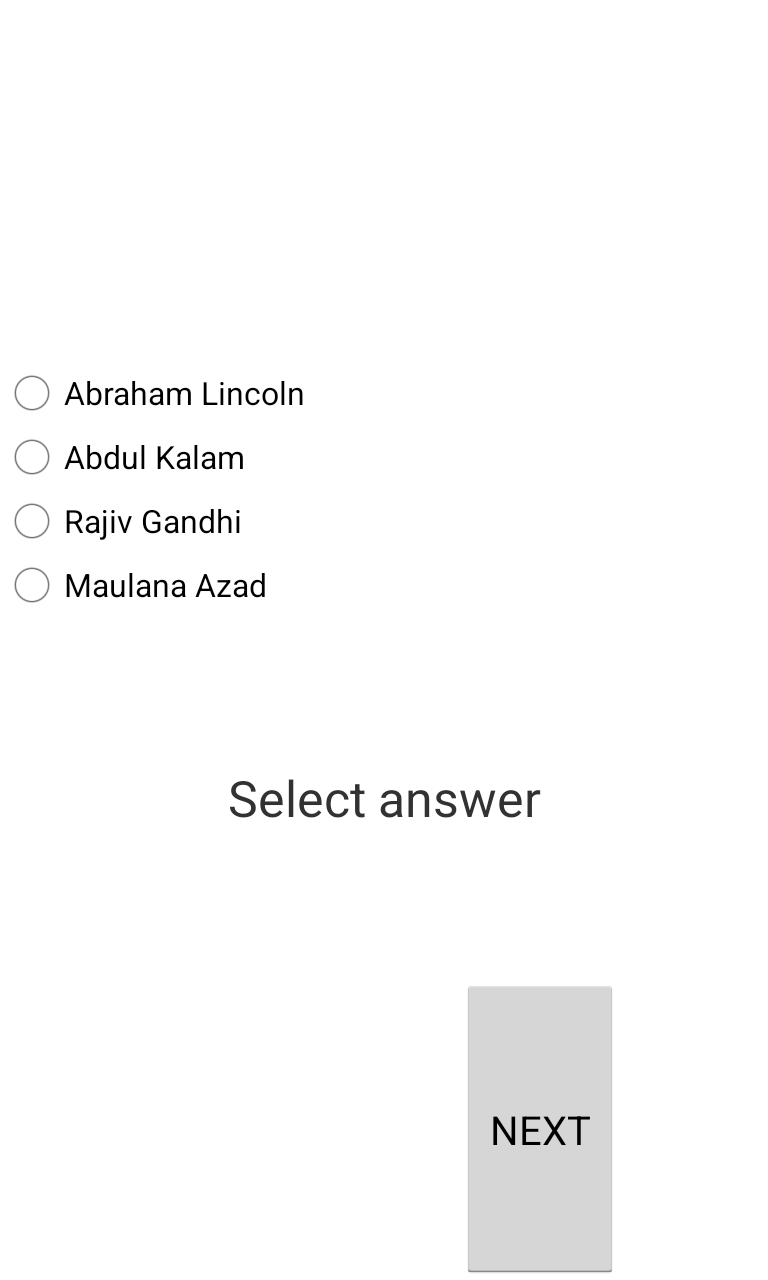
Repository: rupaligarje123/aakash
Layout: androidphotoquiz/FunChem1/photoquiz/res/layout/que9.xml
These files come from the project's save history. The layout is drawn as it stood at one moment and after the next save; the edit follows.
It is drawn on a 768 x 1280 px phone screen (xhdpi) without system bars, with theme AppTheme; the app's code is not run.

Above is the layout before, as saved 2013-04-18 09:17:31.

After the next save:
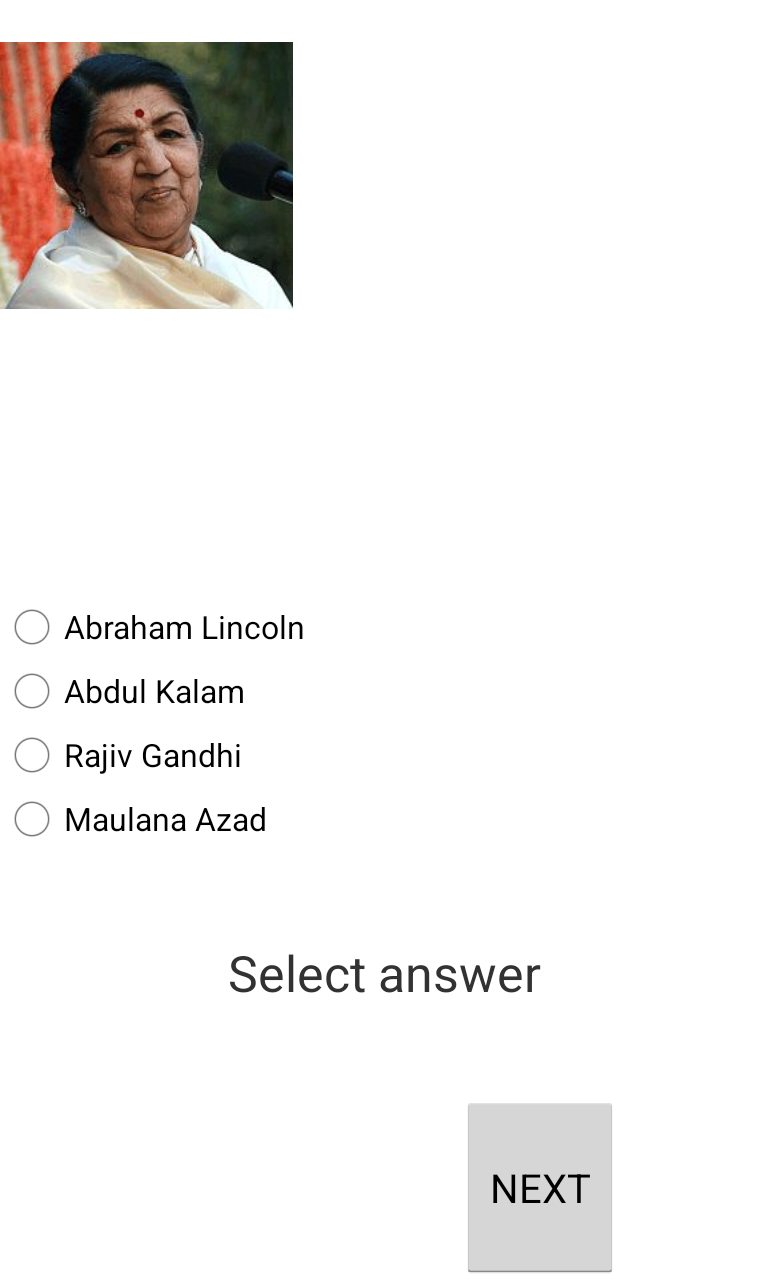
Saved 21 s later.
--- a/androidphotoquiz/FunChem1/photoquiz/res/layout/que9.xml
+++ b/androidphotoquiz/FunChem1/photoquiz/res/layout/que9.xml
@@ -4,6 +4,12 @@
     android:layout_height="wrap_content"
     android:orientation="vertical" >
 
+    <ImageView
+        android:id="@+id/imageView1"
+        android:layout_width="wrap_content"
+        android:layout_height="wrap_content"
+        android:layout_weight="1"
+        android:src="@drawable/pic9" />
 
     <TextView
         android:id="@+id/editText1"
